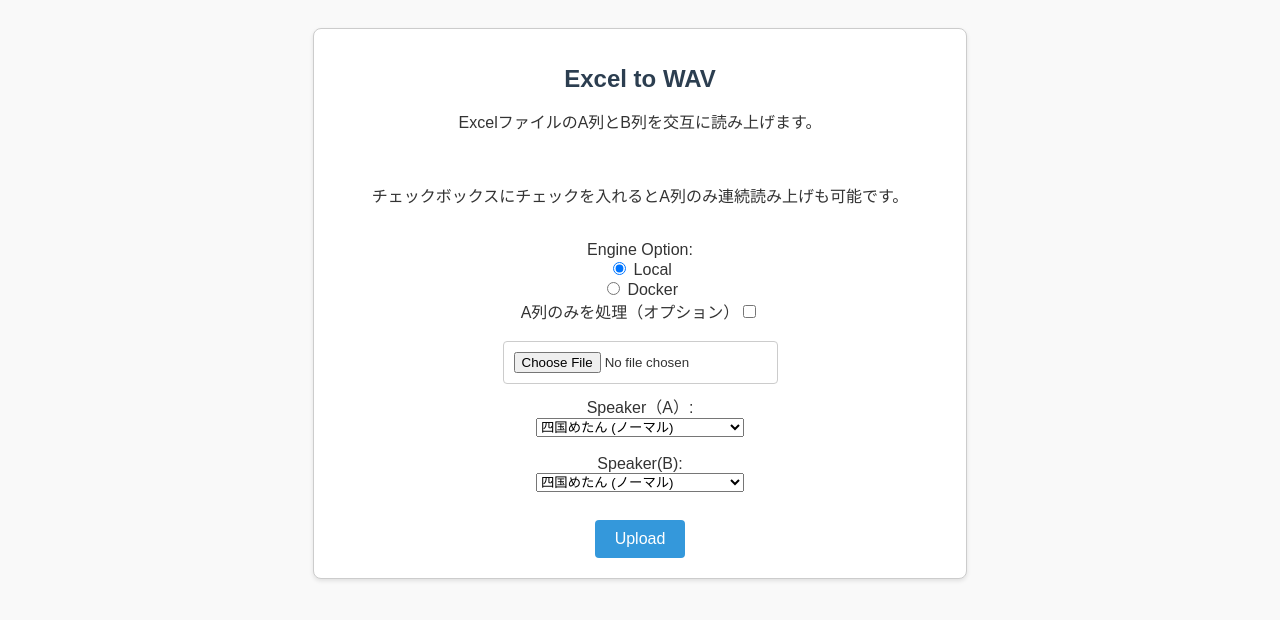
Repository: limonene213u/Excel-to-VOICE
Page: http://localhost/
An editor plug-in stored every save of this project. The page is shown before and after the next save, followed by the edit.
The browser window is 1280 px wide. The pictures show the whole page.
The page is served by the project's application, run on Flask 3 (volume/app.py).

Above is the page before, as saved 2023-10-11 10:42:41.

After the next save:
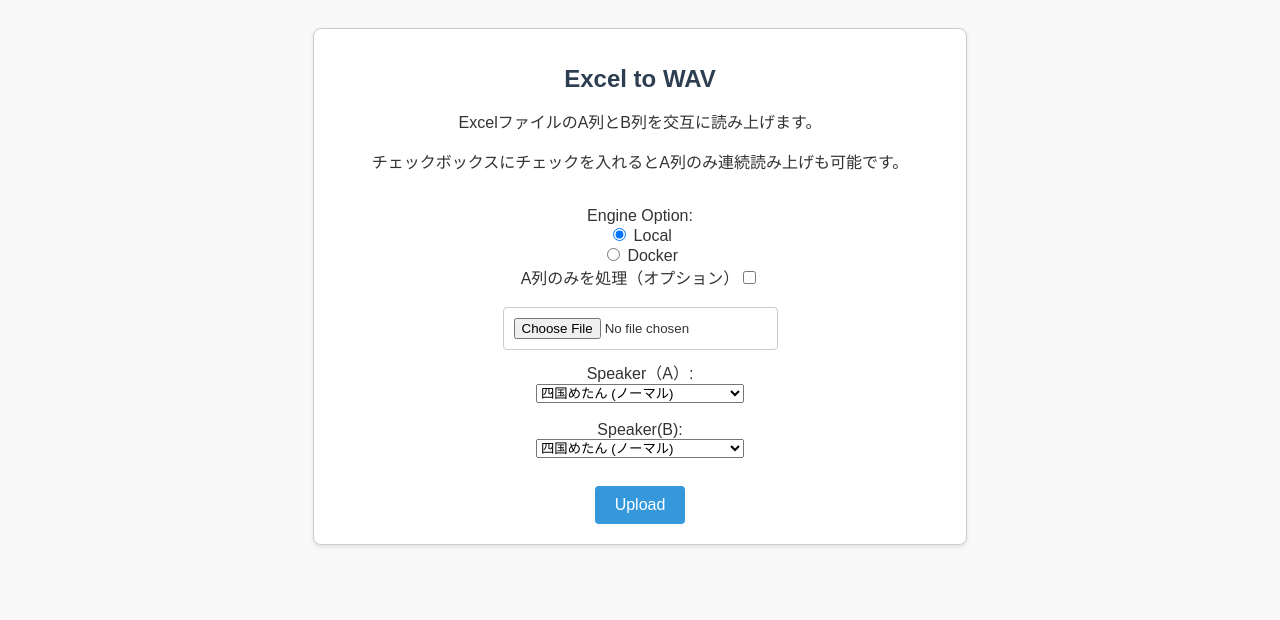
Saved 13 s later.
--- a/volume/templates/index.html
+++ b/volume/templates/index.html
@@ -50,7 +50,7 @@
 <body>
     <div id="upload-form">
         <h1>Excel to WAV</h1>
-        <p style="text-align: center;">ExcelファイルのA列とB列を交互に読み上げます。</p><br>
+        <p style="text-align: center;">ExcelファイルのA列とB列を交互に読み上げます。</p>
         <p style="text-align: center;">チェックボックスにチェックを入れるとA列のみ連続読み上げも可能です。</p><br>
     <form action="/upload" method="post" enctype="multipart/form-data">
         <label for="engine-option">Engine Option:</label><br>
